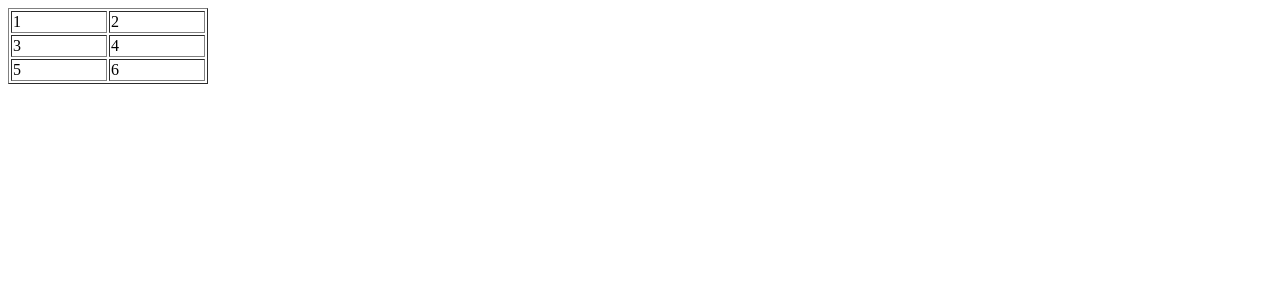
Repository: soobin10236/Class
Page: http://localhost/Web10/
An editor plug-in stored every save of this project. The page is shown before and after the next save, followed by the edit.
The browser window is 1280 px wide. The pictures show the whole page.
The page is served by Tomcat 9. Other server files are loaded and not shown.

Above is the page before, as saved 2021-09-08 02:00:04.

### Web10/src/main/webapp/index.jsp

<%@page import="java.util.Date"%>
<%@ page language="java" contentType="text/html; charset=EUC-KR"
	pageEncoding="EUC-KR"%>
<!DOCTYPE html>
<html>
<head>
<meta charset="EUC-KR">
<title>Insert title here</title>
</head>

<body>
	<%--

	<!-- ex) -->
	<h1>호랑이</h1>
	<% %>

	--%>

	<!-- ex6) 테이블 출력 -->
	<table border="1" width="200">
		<tr>
			<td>1</td>
			<td>2</td>
		</tr>
		<tr>
			<td>3</td>
			<td>4</td>
		</tr>
		<tr>
			<td>5</td>
			<td>6</td>
		</tr>
	</table>


	<%-- <!-- ex5) import -->
	<% //java.util.Date date = new java.util.Date(); %>

	<%//@ page import = "java.util.*" %>
	<% Date date = new Date(); %>
	<%= date %> --%>


	<%-- <!-- ex4) JSP 선언문(함수작성) -->
	<h1>호랑이</h1>
	<%!
		void f1(javax.servlet.jsp.JspWriter out){
			try{
			out.print("method call");
			} catch(Exception e){
				e.printStackTrace();
			}
		}

		int f2(){
			return 999;
		}
	%>
	<%
		f1(out);

	// 표현식에는 ; 들어가면 안됨!
	%>
	<br/>
	<%=f2() %> --%>


	<%-- <!-- ex3) JSP 표현식 -->
	<h1>호랑이</h1>
	<%
		int num = 0;
		String s = "호랑이";
	%>
	출력 1 : <%=num %><br/>
	출력 2 : <%=s %><br/>	 --%>

	<%-- <!-- ex2) JSP 출력-->
	<h1>호랑이</h1>
	<%
		int num = 0;
		String s = "호랑이";
		out.println(num + "<br/>");
		out.println(s);
	%> --%>




	<%-- <!-- ex1) JSP 기초 4가지 -->
	1번 스크립트 릿 -> 자바코드 작성
	<% %>

	2번 표현식 -> 웹페이지에 출력 용도
	<%= %>

	3번 선언문(함수 작성) -> 잘 쓰이지 않는다.
	<%! %>

	4번 주석 잡기 <%-- -->
	자바코드 안에서는 자바에서 처럼 주석 잡으면 됨 --%>

</body>

</html>

After the next save:
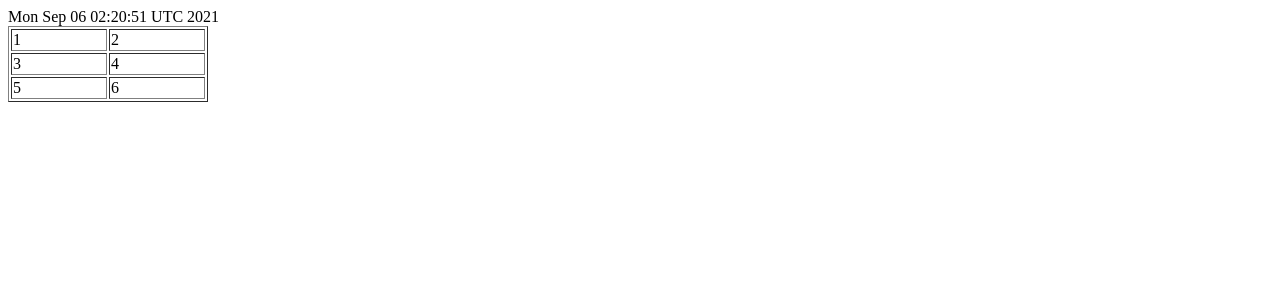
Saved 21 s later.
--- a/Web10/src/main/webapp/index.jsp
+++ b/Web10/src/main/webapp/index.jsp
@@ -13,12 +13,14 @@
 	<%--
 
 	<!-- ex) -->
-	<h1>호랑이</h1>
-	<% %>
+	<% Date date = new Date(); %>
+	<%= date %>
 
 	--%>
 
 	<!-- ex6) 테이블 출력 -->
+	<% Date date = new Date(); %>
+	<%= date %>
 	<table border="1" width="200">
 		<tr>
 			<td>1</td>
